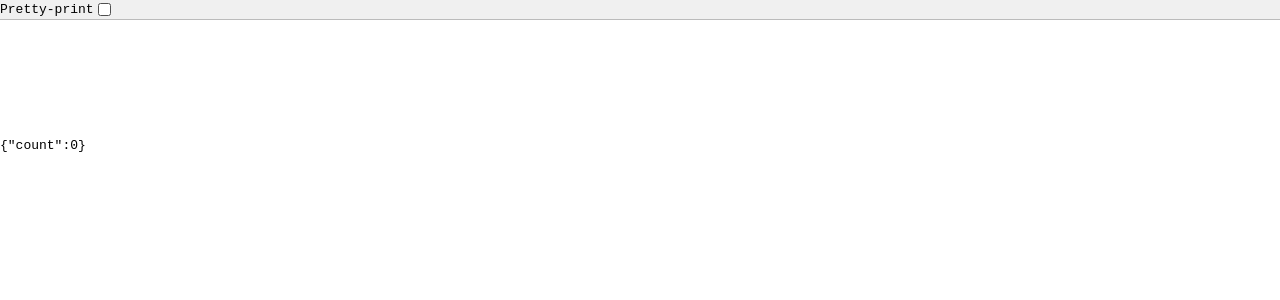
Repository: 2JISUN/hta-lecture-basic
Page: http://localhost/jsp04/member/idCheck.jsp
The author's editor kept a copy of each file at every save. The page is drawn from the files as they stood at one save, then again after the next save.
The browser window is 1280 px wide. The pictures show the whole page.
The page is served by Tomcat 10. Queries for data that is not in the repository find no rows.

Above is the page before, as saved 2023-09-19 07:52:10.

After the next save:
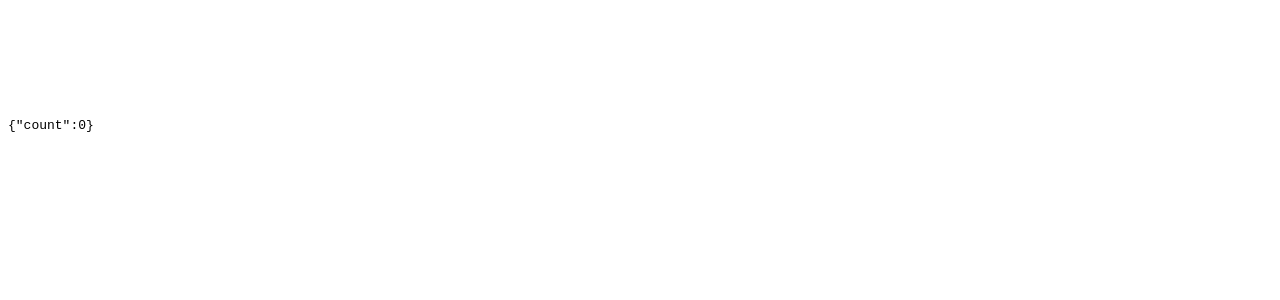
Saved 8 min 24 s later.
--- a/jsp-lecture/jsp04/src/main/webapp/member/idCheck.jsp
+++ b/jsp-lecture/jsp04/src/main/webapp/member/idCheck.jsp
@@ -7,10 +7,11 @@
 <%@ page language="java" contentType="text/html; charset=UTF-8"
     pageEncoding="UTF-8"%>
 <%
-	//HTTP 응답의 Content-Type 헤더를 설정하는 부분
+	//HTTP 응답의 Content-Type 헤더를 설정하는 부분 (응답방식) : application/json,text/html,text/plain
 	//역할 : 클라이언트에게 전송되는 데이터의 형식과 문자 인코딩을 명시적으로 지정
 	//목적 : 이를 통해 데이터의 정확한 해석과 처리가 가능해집니다.
-	response.setContentType("application/json; charset=utf-8");
+	//
+	response.setContentType("text/plain; charset=utf-8");
 
 
 	//0.전역변수 할당

After the save that followed:
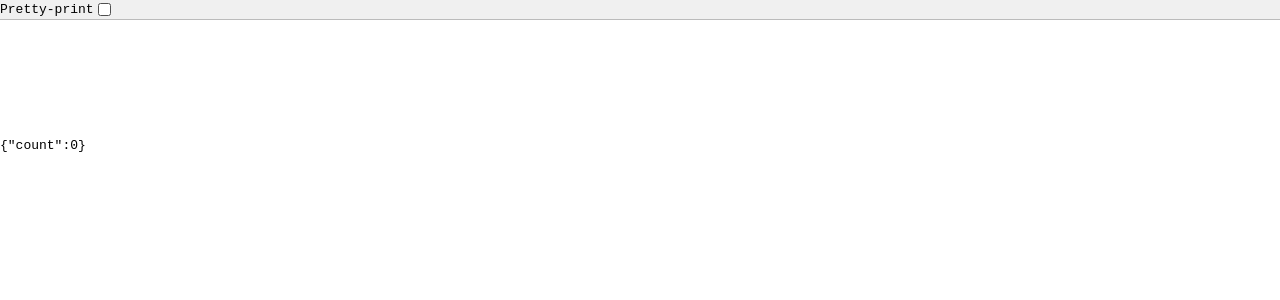
Saved 53 s later.
--- a/jsp-lecture/jsp04/src/main/webapp/member/idCheck.jsp
+++ b/jsp-lecture/jsp04/src/main/webapp/member/idCheck.jsp
@@ -11,7 +11,7 @@
 	//역할 : 클라이언트에게 전송되는 데이터의 형식과 문자 인코딩을 명시적으로 지정
 	//목적 : 이를 통해 데이터의 정확한 해석과 처리가 가능해집니다.
 	//
-	response.setContentType("text/plain; charset=utf-8");
+	response.setContentType("application/json; charset=utf-8");
 
 
 	//0.전역변수 할당
